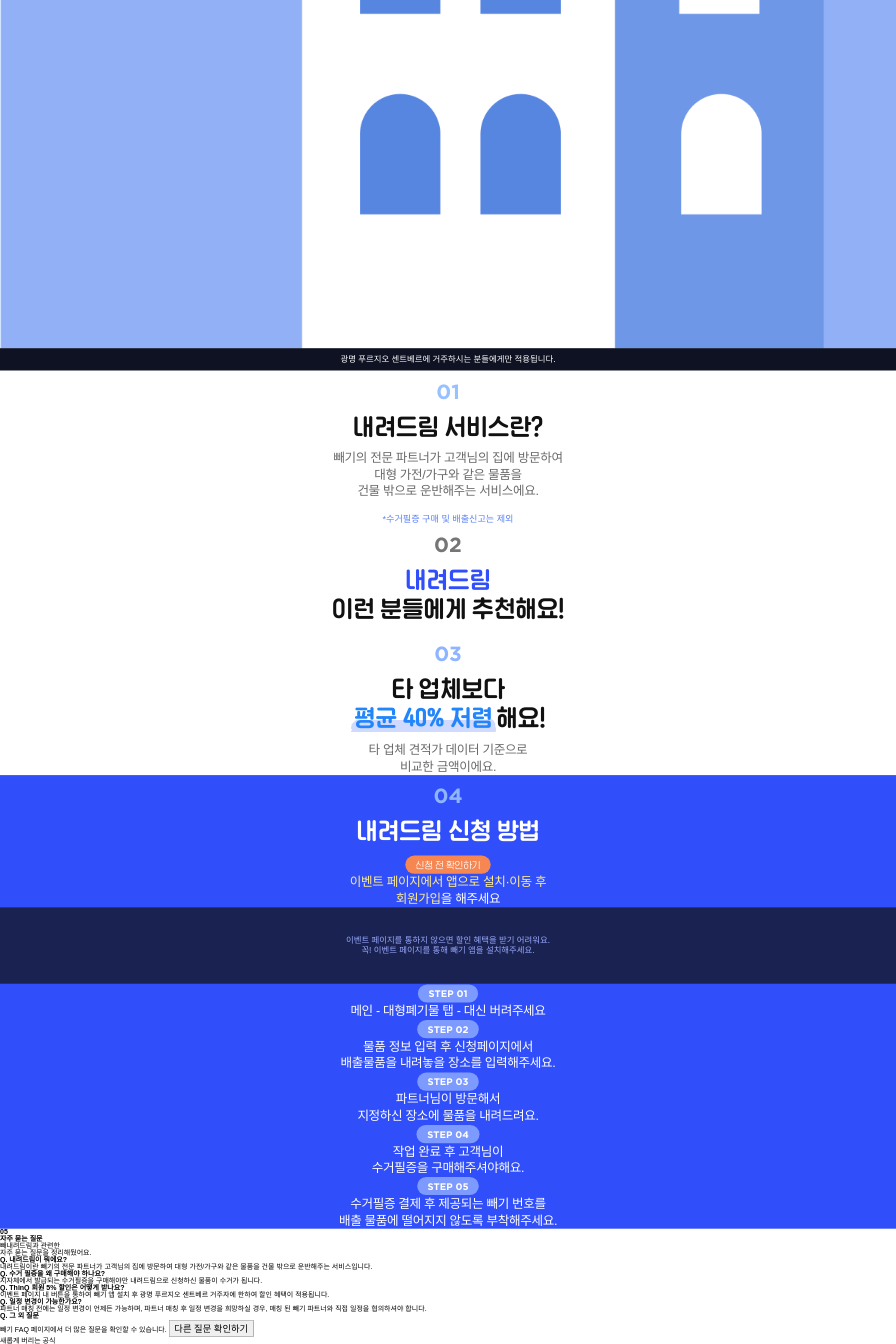
Repository: seraLeeDev/lgthinq-test
Page: index2.html
An editor plug-in stored every save of this project. The page is shown before and after a run of saves, followed by the edit.
The browser window is 1280 px wide. The pictures show the part of the page from y = 2946 to 4866 px (the page is 4866 px tall), at 70% of full size.
Some web fonts or font styles are not loaded; a fallback is used.

Above is the page before, as saved 2023-03-14 15:40:08.
Console error: ReferenceError: AOS is not defined

After the next 2 saves:
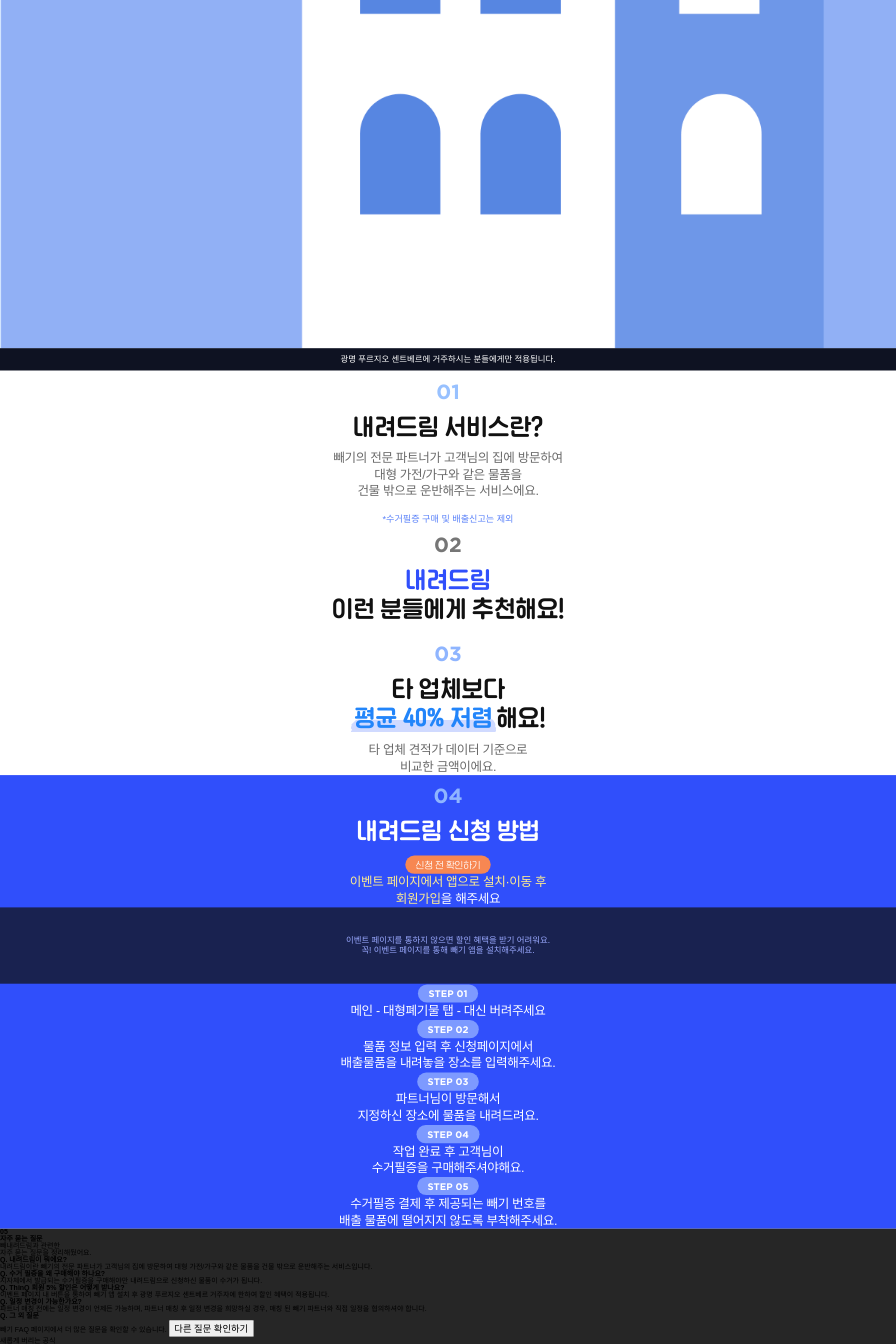
The 2 saves are shown as one change because they came seconds apart.
The last was saved 13 s later.
--- a/index2.html
+++ b/index2.html
@@ -218,7 +218,7 @@
         </section>
       </article>
       <!-- 05 : 자주묻는 질문-->
-      <article>
+      <article class="bg-black">
         <section>
           <b>05</b>
           <h2>자주 묻는 질문</h2>
